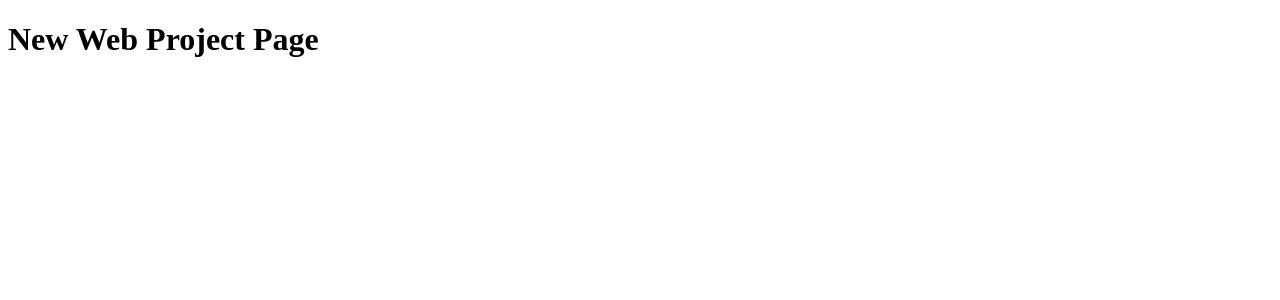
Repository: jkastrup/Kastrup_Jason_WPF
Page: Conditions_Industry/Conditions_Industry/index.html
These files come from the project's save history. The page is drawn as it stood at one moment and after the next save; the edit follows.
The browser window is 1280 px wide. The pictures show the whole page.

Above is the page before, as saved 2014-03-21 02:04:55.

### Conditions_Industry/Conditions_Industry/index.html
<!DOCTYPE HTML PUBLIC "-//W3C//DTD HTML 4.01 Transitional//EN"
"http://www.w3.org/TR/html4/loose.dtd">
<html xmlns="http://www.w3.org/1999/xhtml">
	<head>
		<meta http-equiv="Content-Type" content="text/html; charset=utf-8" />
		<title>New Web Project</title>
	</head>
	<body>
		<h1>New Web Project Page</h1>
	</body>
</html>

### Conditions_Industry/Conditions_Industry/js/script.js
/**
 * @author Jason Kastrup
 */

After the next save:
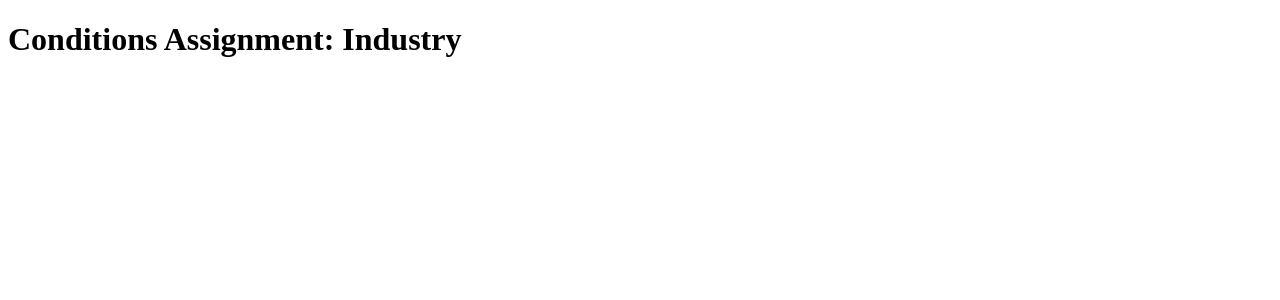
Saved 53 s later.
--- a/Conditions_Industry/Conditions_Industry/index.html
+++ b/Conditions_Industry/Conditions_Industry/index.html
@@ -3,9 +3,10 @@
 <html xmlns="http://www.w3.org/1999/xhtml">
 	<head>
 		<meta http-equiv="Content-Type" content="text/html; charset=utf-8" />
-		<title>New Web Project</title>
+		<title>Conditions Assignment: Industry</title>
 	</head>
 	<body>
-		<h1>New Web Project Page</h1>
+		<h1>Conditions Assignment: Industry</h1>
+		<script src="js/script.js"></script>
 	</body>
 </html>
